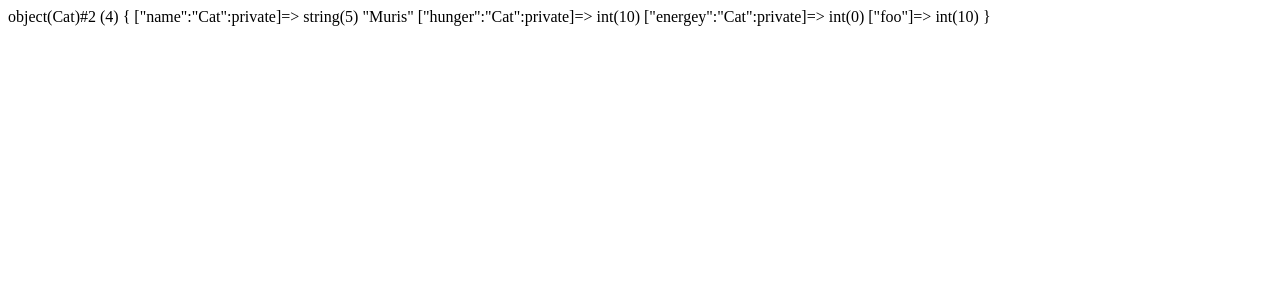
Repository: janismozgis-rcs/gurpa_5_test
Page: http://localhost/
These files come from the project's save history. The page is drawn as it stood at one moment and after the next save; the edit follows.
The browser window is 1280 px wide. The pictures show the whole page.
The page is run by PHP 8.4 with error messages shown; the project is at /var/www/html/.

Above is the page before, as saved 2018-06-18 20:00:17.

After the next save:
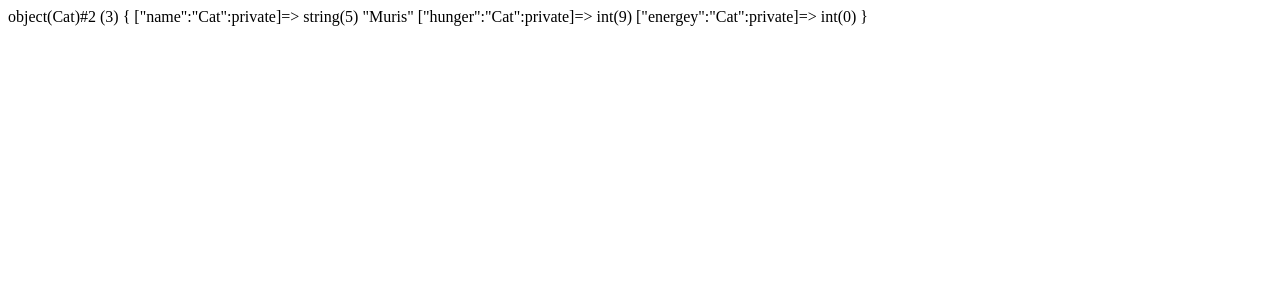
Saved 75 s later.
--- a/index.php
+++ b/index.php
@@ -100,5 +100,5 @@ class Cat
 
 $cat1 = new Cat('Muris');
 $cat2 = new Cat('Juris');
-$cat1->foo = 10;
+$cat1->feed();
 var_dump($cat1);
